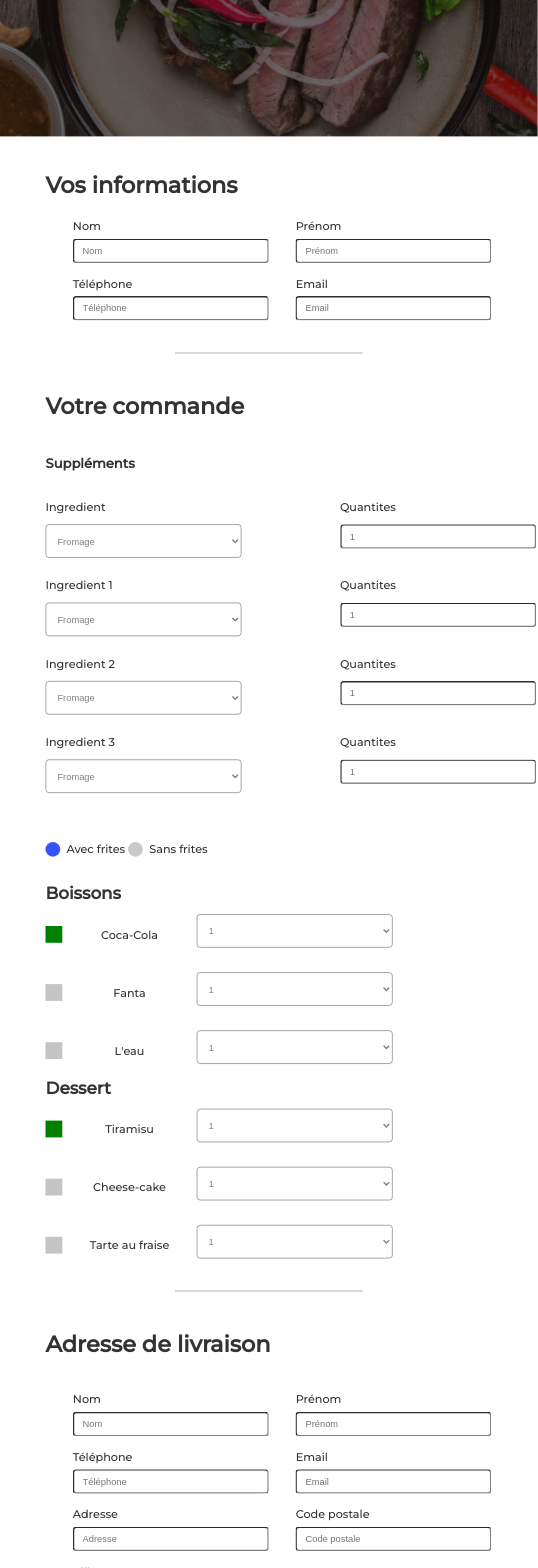
Repository: sisilass31/bella-olonje
Page: html/commande.html
These files come from the project's save history. The page is drawn as it stood at one moment and after a run of saves; the edit follows.
The browser window is 768 px wide. The pictures show the part of the page from y = 627 to 2867 px (the page is 3110 px tall before and 3130 px after), at 70% of full size.
Some web libraries are served in a nearby version.

Above is the page before, as saved 2023-02-15 09:00:34.

### html/commande.html
<!DOCTYPE html>
<html lang="fr">
<head>
    <meta charset="UTF-8">
    <meta http-equiv="X-UA-Compatible" content="IE=edge">
    <meta name="viewport" content="width=device-width, initial-scale=1.0">
    <link rel="stylesheet" href="https://pro.fontawesome.com/releases/v5.10.0/css/all.css">
    <link rel="stylesheet" href="../css/commande.css">
    <title>Votre commande</title>
</head>

<body>

  <header>
    <nav>
      <ul class='nav-bar'>
          <li class='logo'><a href='#'><img src="../img/logo.png" alt="jsp"></a></li>
          <input type='checkbox' id='check' />
          <span class="menu">
            <li><a href="index.html" class="nav-link">Home</a></li>
            <li><a href="#pizza" class="nav-link">Pizzas</a></li>
            <li><a href="#burger" class="nav-link">Burgers</a></li>
            <li><a href="#salades" class="nav-link">Salades</a></li>
            <li><a href="index3.html" class="nav-link">Contact</a></li>
            <label for="check" class="close-menu"><i class="fas fa-times"></i></label>
          </span>
          <label for="check" class="open-menu"><i class="fas fa-bars"></i></label>
      </ul>
  </nav>

    <div class="food_app">
      <div class="title_food_app">
        <h3>Food app</h3>
        <strong>Chez Bella <br>chaque désir s'additionne.</strong>
      </div>
    </div>
  </header>

  <main>
    <div class="infos" id="form-infos">
      <form>
        <h1>Vos informations</h1>

        <div class="grp_infos">
          <div class="nom_prenom">
            <div class="label1">
              <label class="label_nom">Nom</label><br>
              <input type="text" placeholder="Nom">
            </div>
            <div class="label1">
              <label class="label_nom">Prénom</label><br>
              <input type="text" placeholder="Prénom">
            </div>
          </div>

          <div class="telephone_email">
            <div class="label1">
              <label class="label_nom">Téléphone</label><br>
              <input type="text" placeholder="Téléphone">
            </div>
            <div class="label1">
              <label class="label_nom">Email</label><br>
              <input type="text" placeholder="Email">
            </div>
          </div>
        </div>
      </form>
    </div>

    <hr>

    <div class="commande">
      <form>
        <h1>Votre commande</h1>
        <h3>Suppléments</h3>
        <div class="grp_suppliment">
          <div class="ingredient_quantite">
            <div class="fromage">
              <label>Ingredient</label><br>
              <select name="ingr" class="suppléments">
                <option value="fromage">Fromage</option>
                <option value="fromage">Fromage</option>
                <option value="fromage">Fromage</option>
                <option value="fromage">Fromage</option>
                <option value="fromage">Fromage</option>
                <option value="fromage">Fromage</option>
                <option value="fromage">Fromage</option>
              </select>
            </div>
            <div class="box">
              <label>Quantites</label><br>
              <input type="number" min="0" placeholder="1">
            </div>
          </div>

          <div class="ingredient_quantite">
           <div class="fromage">
              <label>Ingredient 1</label><br>
              <select name="ingr" class="suppléments">
                <option value="fromage">Fromage</option>
                <option value="fromage">Fromage</option>
                <option value="fromage">Fromage</option>
                <option value="fromage">Fromage</option>
                <option value="fromage">Fromage</option>
                <option value="fromage">Fromage</option>
                <option value="fromage">Fromage</option>
              </select>
            </div>
            <div class="box">
              <label>Quantites</label><br>
              <input type="number" min="0" placeholder="1">
            </div>
          </div>

          <div class="ingredient_quantite">
            <div class="fromage">
              <label>Ingredient 2</label><br>
              <select name="ingr" class="suppléments">
                <option value="fromage">Fromage</option>
                <option value="fromage">Fromage</option>
                <option value="fromage">Fromage</option>
                <option value="fromage">Fromage</option>
                <option value="fromage">Fromage</option>
                <option value="fromage">Fromage</option>
                <option value="fromage">Fromage</option>
              </select>
            </div>
            <div class="box">
              <label>Quantites</label><br>
              <input type="number" min="0" placeholder="1">
            </div>
          </div>

          <div class="ingredient_quantite">
            <div class="fromage">
              <label>Ingredient 3</label><br>
              <select name="ingr" class="suppléments">
                <option value="fromage">Fromage</option>
                <option value="fromage">Fromage</option>
                <option value="fromage">Fromage</option>
                <option value="fromage">Fromage</option>
                <option value="fromage">Fromage</option>
                <option value="fromage">Fromage</option>
                <option value="fromage">Fromage</option>
              </select>
            </div>
            <div class="box">
              <label>Quantites</label><br>
              <input type="number" min="0" placeholder="1">
            </div>
          </div>
        </div>


        <div class="check2">
          <label class="container">Avec frites
            <input type="radio" checked="checked" name="radio">
            <span class="checkmark"></span>
          </label>
          <label class="container">Sans frites
            <input type="radio" name="radio">
            <span class="checkmark"></span>
          </label>
        </div>


        <div class="all">
          <div class="content_of_boisson">
              <h2>Boissons</h2>
              <div class="boissons">
                  <div class="carre"></div>
                  <label>Coca-Cola</label>
                  <select name="Fromage" class="Fromage" style="margin-top: 10px;">
                    <option value="">1</option>
                    <option value="">2</option>
                    <option value="">3</option>
                    <option value="">4</option>
                  </select>
              </div>
              <div class="boissons">
                  <div class="carre grey"></div>
                  <label>Fanta</label>
                  <select name="Fromage" class="Fromage" style="margin-top: 10px;">
                    <option value="">1</option>
                    <option value="">2</option>
                    <option value="">3</option>
                    <option value="">4</option>
                  </select>
              </div>
              <div class="boissons">
                  <div class="carre grey"></div>
                  <label>L'eau</label>
                  <select name="Fromage" class="Fromage" style="margin-top: 10px;">
                    <option value="">1</option>
                    <option value="">2</option>
                    <option value="">3</option>
                    <option value="">4</option>
                  </select>
              </div>
          </div>

          <div class="content_of_dessert">
              <h2>Dessert</h2>
              <div class="boissons dessert">
                  <div class="carre"></div>
                  <label>Tiramisu</label>
                  <select name="Fromage" class="Fromage" style="margin-top: 10px;">
                      <option value="">1</option>
                      <option value="">2</option>
                      <option value="">3</option>
                      <option value="">4</option>
                  </select>
              </div>
              <div class="boissons dessert">
                  <div class="carre grey"></div>
                  <label>Cheese-cake</label>
                  <select name="Fromage" class="Fromage" style="margin-top: 10px;">
                    <option value="">1</option>
                    <option value="">2</option>
                    <option value="">3</option>
                    <option value="">4</option>
                  </select>
              </div>
              <div class="boissons dessert">
                  <div class="carre grey"></div>
                  <label>Tarte au fraise</label>
                  <select name="Fromage" class="Fromage" style="margin-top: 10px;">
                    <option value="">1</option>
                    <option value="">2</option>
                    <option value="">3</option>
                    <option value="">4</option>
                  </select>
              </div>
          </div>
          </div>
      </form>
    </div>

    <hr>

    <div class="livraison">
      <form>
        <h1>Adresse de livraison</h1>
        <div class="grp_infos">
          <div class="nom_prenom">
            <div class="label1">
              <label class="label_nom">Nom</label><br>
              <input type="text" placeholder="Nom">
            </div>
            <div class="label1">
              <label class="label_nom">Prénom</label><br>
              <input type="text" placeholder="Prénom">
            </div>
          </div>

          <div class="telephone_email">
            <div class="label1">
              <label class="label_nom">Téléphone</label><br>
              <input type="text" placeholder="Téléphone">
            </div>
            <div class="label1">
              <label class="label_nom">Email</label><br>
              <input type="text" placeholder="Email">
            </div>
          </div>
          <div class="nom_prenom">
            <div class="label1">
              <label class="label_nom">Adresse</label><br>
              <input type="text" placeholder="Adresse">
            </div>
            <div class="label1">
              <label class="label_nom">Code postale</label><br>
              <input type="text" placeholder="Code postale">
            </div>
          </div>

          <div class="telephone_email">
            <div class="label1">
              <label class="label_nom">Ville</label><br>
              <input type="text" placeholder="Ville">
            </div>
            <div class="label1">
              <label class="label_nom">Pays</label><br>
              <input type="text" placeholder="Pays">
            </div>
          </div>
        </div>
          <div class="div_button"><button class="button" type="button">Envoyer</button></div>
      </form>

    </div>
  </main>

</body>

### css/commande.css
@import url('https://fonts.googleapis.com/css2?family=Montserrat:wght@100;200;500&display=swap');

* {
    margin: 0px;
    padding: 0px;
    scroll-behavior: smooth;
    box-sizing: border-box;
}

html,
body {
    font-family: Montserrat, sans-serif;
    background-size: cover;
    background-position: center;
    height: 100vh;
    background-repeat: no-repeat;
    scroll-behavior: smooth;
}

/*navbar*/
.nav-bar {
    width: 100%;
    display: flex;
    justify-content: space-between;
    align-items: center;
    list-style: none;
    position: relative;
    background-color: #FFF;
    padding: 12px 20px;
}

.logo img {
    width: 150px;
}

.menu {
    display: flex;
}

.menu li {
    padding-left: 30px;
    padding-right: 55px;
}

.menu li a {
    display: inline-block;
    text-decoration: none;
    color: #333;
    text-align: center;
    position: relative;
}

.menu li a:hover {
    color: #FA4A0C;
}

.open-menu {
    position: absolute;
    color: #FA4A0C;
    cursor: pointer;
    font-size: 1.5rem;
    display: none;
}

.close-menu {
    position: absolute;
    color: #333;
    cursor: pointer;
    font-size: 1.5rem;
    display: none;
    padding: 10px;
}

.open-menu {
    top: 50%;
    right: 20px;
    transform: translateY(-50%);
}

.close-menu {
    top: 20px;
    right: 20px;
}

#check {
    display: none;
}

@media(max-width: 920px) {
    .menu {
        flex-direction: column;
        align-items: center;
        width: 60%;
        height: 100vh;
        position: fixed;
        top: 0;
        right: -100%;
        z-index: 100;
        background-color: rgb(152, 152, 152);
        ;
        transition: all 0.2s ease-in-out;
        padding-top: 100px;
    }

    .menu li {
        margin-top: 40px;
    }

    .menu li a {
        padding: 10px;
        color: #FFF;
    }

    .open-menu {
        display: block;
        padding-right: 25px;
        padding-top: 13px;
    }

    .close-menu {
        display: block;
        color: #FFF;
        padding-right: 25px;
        padding-top: 22px;
    }

    #check:checked~.menu {
        right: 0;
    }

    .menu li a:hover {
        color: #333;
    }

    .nav-link {
        font-family: Montserrat;
        letter-spacing: .8px;
    }
}

/*navbar*/


/*food_app*/
.title_food_app {
    padding-top: 50px;
}

.food_app {
    background-image: url(../img/food_app.png);
    min-height: 90vh;
    background-repeat: no-repeat;
    background-position: center;
    background-size: cover;
}

.title_food_app h3 {
    font-family: 'Montserrat';
    font-style: normal;
    font-weight: 550;
    font-size: 24px;
    line-height: 36px;
    text-align: center;
    letter-spacing: 0.1px;
    color: #F7F7F7;
    padding-top: 50px;
}

.title_food_app {

    font-family: Montserrat;
    font-style: normal;
    font-weight: 600;
    font-size: 58px;
    line-height: 80px;
    text-align: center;
    letter-spacing: 0.2px;
    color: #FFFFFF;
}

.title_pizza {
    display: flex;
    justify-content: center;
    color: #000000;
}

/*food_app*/


/*infos*/


.ingredient_quantite {
    display: flex;
    flex-direction: row;
    justify-content: flex-start;
    gap: 20%;
    margin-bottom: 10px;
}


main {
    color: #333333;
}

.label1 input {
    width: 280px;
    height: 35px;
    margin-bottom: 20px;
    margin-top: 8px;
    padding: 5px 12px;
    color: grey;
    border-radius: 5px;
    border-color: gray;
}


.infos h1 {
    padding-top: 50px;
    padding-bottom: 30px;
    margin-left: 65px;
}

hr {
    height: 3px;
    background-color: #d8d8d8;
    border: none;
    margin: 25px 250px 25px;
}

.nom_prenom {
    display: flex;
    justify-content: space-between;
    padding: 0px 600px 28px 65px;
}

.telephone_email {
    display: flex;
    justify-content: space-between;
    padding: 0px 600px 28px 65px;
}

/*infos*/

/*livraison*/

.livraison h1 {
    margin-left: 65px;
    padding-top: 30px;
    padding-bottom: 50px;
}

/*livraison*/

/*commande*/
.suppléments {
    width: 280px;
    height: 48px;
    margin-bottom: 20px;
    margin-top: 15px;
    padding: 5px 12px;
    color: grey;
    border-radius: 5px;
    border-color: gray;
    background-color: #FFFFFF;
}


.commande {
    margin-left: 65px;
}

.commande h1 {
    padding-top: 30px;
}

.commande h3 {
    padding-top: 50px;
    padding-bottom: 42px;
}

.box input {
    width: 280px;
    height: 35px;
    margin-bottom: 20px;
    margin-top: 15px;
    padding: 5px 12px;
    color: grey;
    border-radius: 5px;
    border-color: gray;
}

.boissons_dessert {
    display: flex;
    flex-direction: row;
}

/*commande*/


.div_button {
    padding: 50px 150px 70px 0px;
    display: flex;
    justify-content: flex-end;
}

button {
    border: 0;
    line-height: 2.5;
    width: 120px;
    padding: 0 18px;
    font-size: 18px;
    text-align: center;
    color: #fff;
    border-radius: 20px;
    background-color: #FA4A0C;
    box-shadow: 1px 1px 5px #B73227;
}


/*dessert et boissons*/

.avec,
.sans {
    display: flex;
    flex-direction: row;
    justify-content: space-around;
    width: 150px;
    height: 40px;
    align-items: center;
}

.sans_f {
    padding-top: 39px;
    padding-left: 50px;
}

.avec_f {
    padding-left: 10px;
}

.boissons {
    display: flex;
    align-items: center;
    justify-content: space-between;
    width: 31rem;
    padding-top: 5px;
}

.carre {
    width: 24px;
    height: 24px;
    background-color: green;
}

.carre.grey {
    background-color: #C4C4C4;
}

.all {
    display: flex;
}

.content_of_dessert {
    margin-left: 186px;
}

.Fromage {
    padding: 7px;
    border-radius: 5px;
    width: 280px;
    height: 48px;
    margin-bottom: 20px;
    margin-top: 8px;
    padding: 5px 12px;
    color: grey;
    border-radius: 5px;
    border-color: gray;
    background-color: #FFFFFF;
}

/*dessert et boissons*/


/*checkbox*/
.check2 {
    padding-top: 40px;
    padding-bottom: 40px;
}

.container {
    position: relative;
    cursor: pointer;
    font-size: 16px;
    padding-left: 30px;
}

.container input {
    position: absolute;
    opacity: 0;
    cursor: pointer;
}

.checkmark {
    position: absolute;
    top: 0;
    left: 0;
    height: 21px;
    width: 21px;
    background-color: rgba(176, 176, 176, 0.677);
    border-radius: 50%;
}


.container input:checked~.checkmark {
    background-color: #3751FF;
}

.checkmark:after {
    position: absolute;
    display: none;
}

.container input:checked~.checkmark:after {
    display: block;
}

.container .checkmark:after {
    top: 9px;
    left: 9px;
    width: 8px;
    background: white;
}

/*checkbox*/

/*responsive*/
@media (max-width:767px) {
    .grp_infos {
        display: flex;
    }

    .nom_prenom {
        flex-direction: column;
        justify-content: center;
        padding: 0;
        margin-left: 5%;
    }

    .telephone_email {
        flex-direction: column;
        justify-content: center;
        padding: 0;
        margin-left: 5%;
    }

    .content_of_dessert {
        margin-left: 0px;
    }

    .all {
        flex-direction: column;
    }
}

/* Ipad Mini to ipad */
@media screen and (min-width:768px) and (max-width:991px) {
    .grp_infos {
        display: flex;
        flex-direction: column;
        justify-content: center;
    }

    .label1 {
        margin-left: 5%;
    }

    .nom_prenom {
        justify-content: center;
        padding: 0;
    }

    .telephone_email {
        justify-content: center;
        padding: 0;
    }

    .content_of_dessert {
        margin-left: 0px;
    }

    .all {
        display: flex;
        flex-direction: column;
        margin: 0;
    }

    form {
        display: flex;
        flex: ;
        flex-direction: column;
    }

}

/* Ipad et Mini Ordi */
@media screen and (min-width:992px) and (max-width:1199px) {}

/*responsive*/

After the next 2 saves:
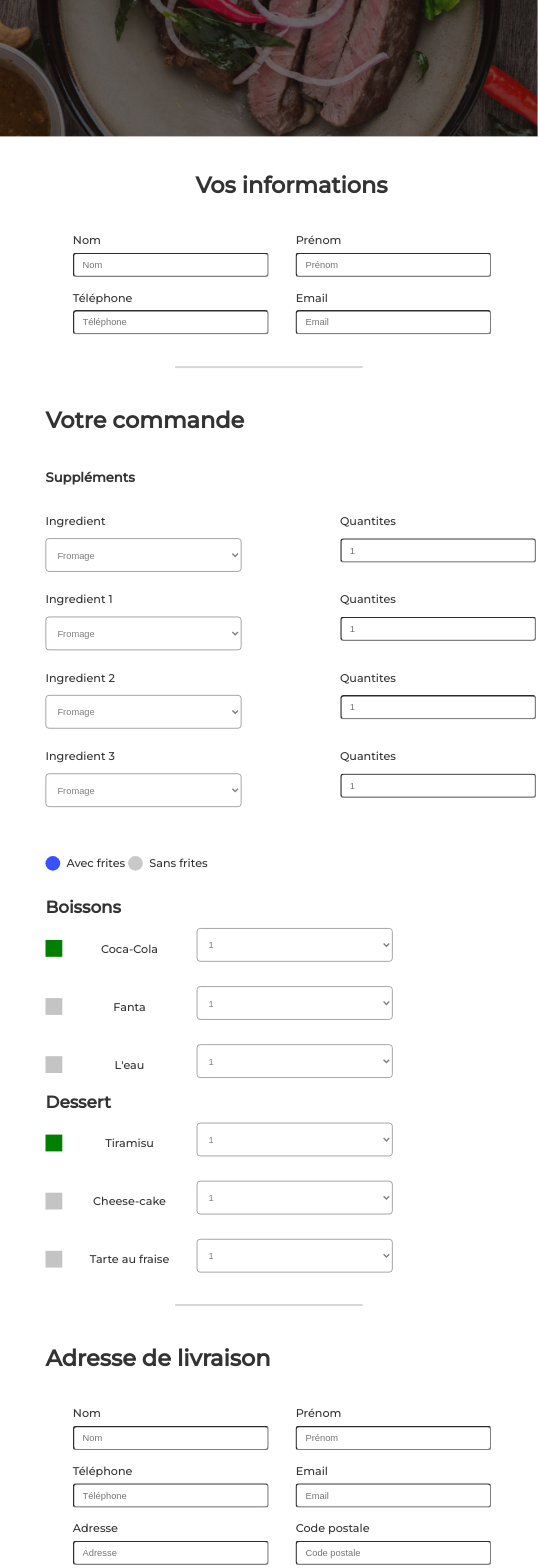
The 2 saves are shown as one change because they came seconds apart.
The last was saved 20 s later.
--- a/css/commande.css
+++ b/css/commande.css
@@ -475,6 +475,16 @@ button {
         margin-left: 5%;
     }
 
+    .infos h1 {
+        padding-top: 50px;
+        margin-left: 65px;
+        padding-bottom: 30px;
+        padding: 50px;
+        display: flex;
+        display: flex;
+        justify-content: center;
+    }
+
     .nom_prenom {
         justify-content: center;
         padding: 0;
